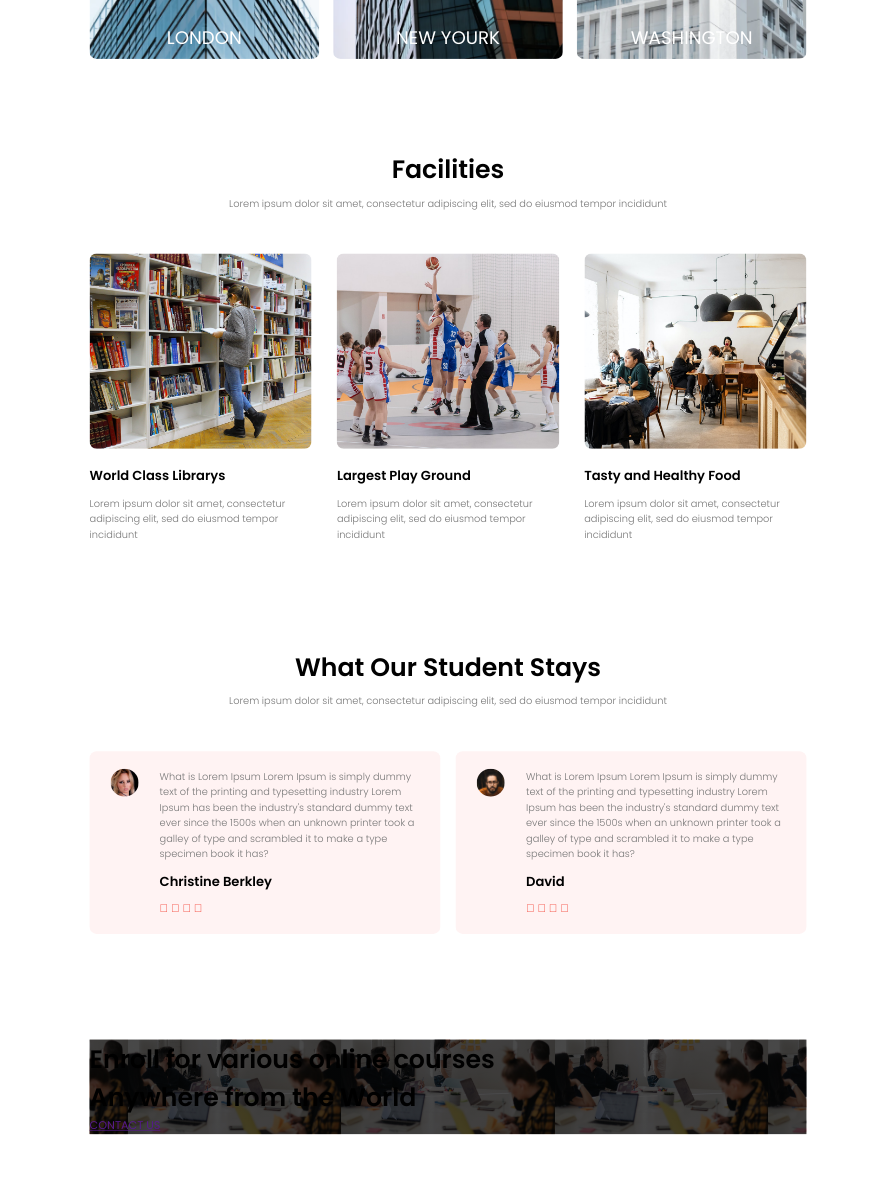
Repository: dewaary/company-profile
Page: index.html
These files come from the project's save history. The page is drawn as it stood at one moment and after the next save; the edit follows.
The browser window is 1280 px wide. The pictures show the part of the page from y = 1773 to 3693 px (the page is 3493 px tall before and 3693 px after), at 70% of full size.

Above is the page before, as saved 2021-05-07 22:34:17.

After the next save:
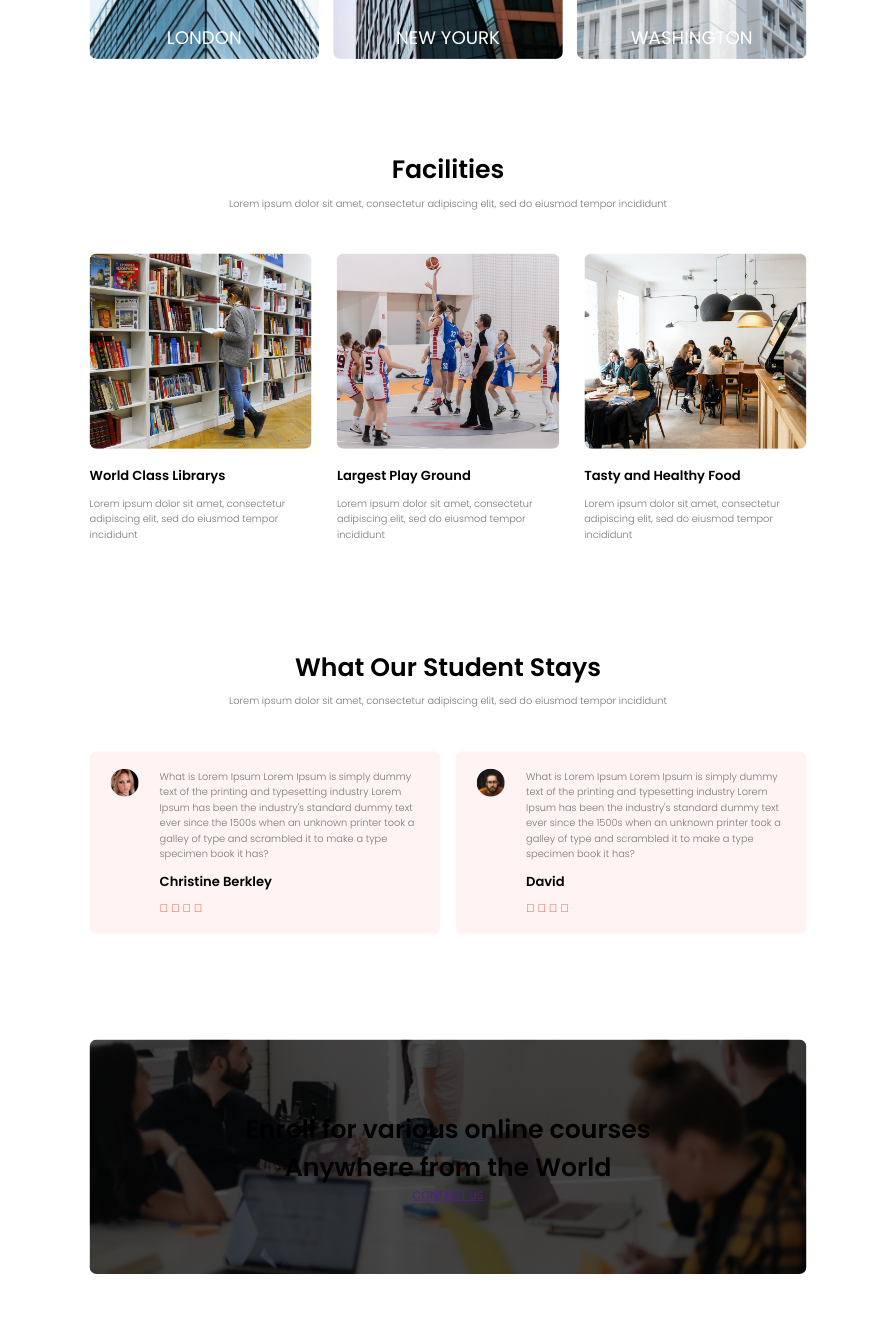
Saved 41 s later.
--- a/style.css
+++ b/style.css
@@ -316,5 +316,8 @@ h3 {
   width: 80%;
   background-image: linear-gradient(rgba(0, 0, 0, 0.7),rgba(0, 0, 0, 0.7)), url(images/banner2.jpg);
   background-position: center;
-  background-size: contain;
-}
+  background-size: cover;
+  border-radius: 10px;
+  text-align: center;
+  padding: 100px 0;
+}
